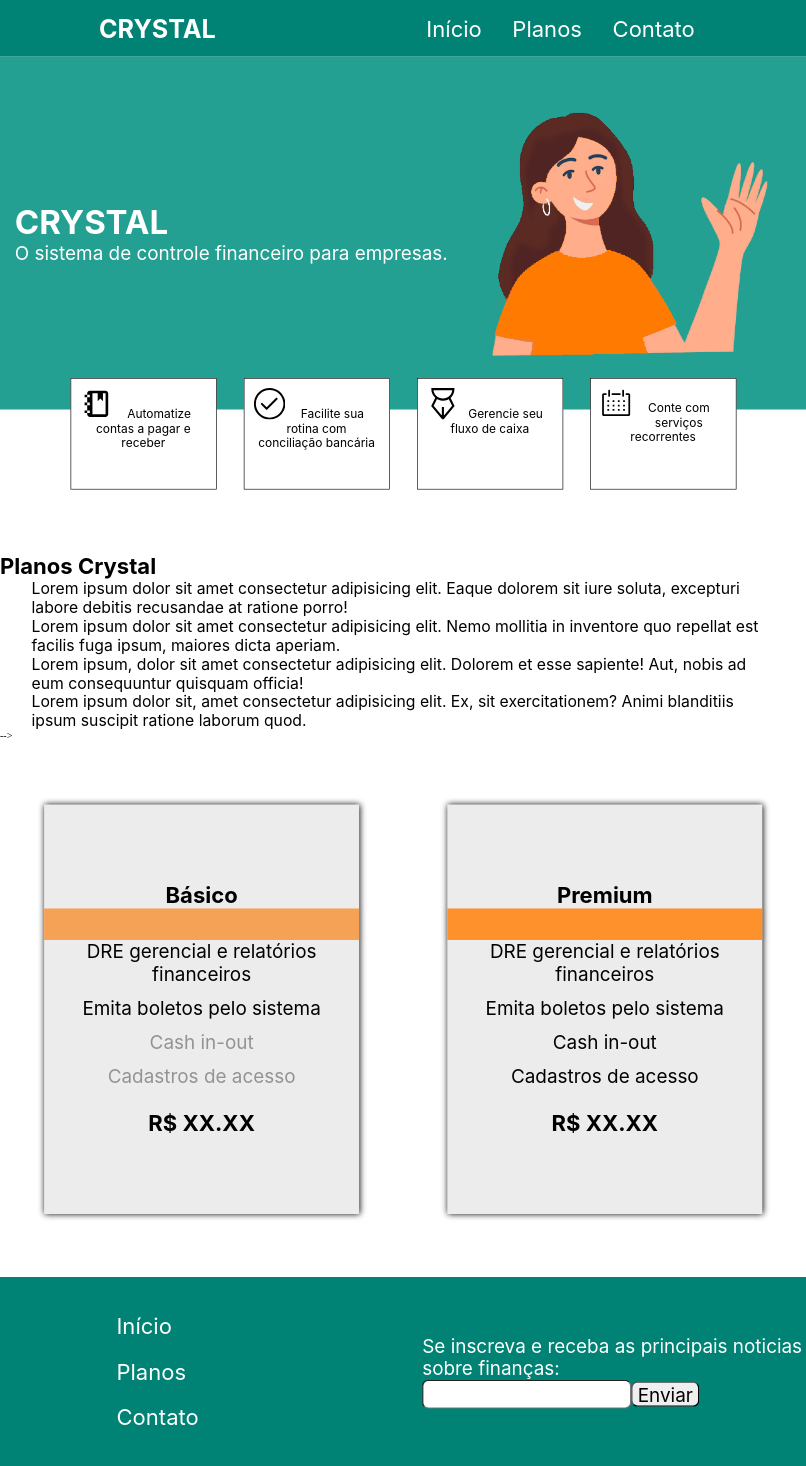
Repository: Matheus904-12/Crystallize
Page: index.html
The author's editor kept a copy of each file at every save. The page is drawn from the files as they stood at one save, then again after the next save.
The browser window is 1280 px wide. The pictures show the whole page, at 63% of full size.
Some web fonts or font styles are not loaded; a fallback is used.

Above is the page before, as saved 2023-07-24 20:03:26.

### index.html
<!DOCTYPE html>
<html lang="pt-br">

<head>
    <meta charset="UTF-8">
    <meta name="viewport" content="width=device-width, initial-scale=1.0">

    <title>Crystal</title>

    <link rel="stylesheet" href="style.css">

</head>

<body>

    <header id="header">

        <h1 class="textoBranco logo">
            CRYSTAL
        </h1>

        <div class="textoBranco links">
            <a href="#header" class="paginas">Início</a>
            <a href="#planosOPC" class="paginas">Planos</a>
            <a href="contato.html" class="paginas">Contato</a>
        </div>

    </header>
    <section class="destaque">
        <div id="textLateral">
            <div class="textoBranco" id="titulo">
                <h1>CRYSTAL</h1>
            </div>
            <div class="textoBranco">
                <p>O sistema de controle financeiro para empresas.</p>
            </div>
        </div>
        <div class="textoBranco">
            <img src="mulher.png" alt="mulher acenando">
        </div>
    </section>
    <div class="boxes">
        <div class="box">
            <img src="planner.svg" alt="Logotipo">
            <h1></h1>
            <p>Automatize contas a pagar e receber</p>
        </div>
        <div class="box">
            <img src="check.svg" alt="Logotipo">
            <h1></h1>
            <p>Facilite sua rotina com conciliação bancária</p>
        </div>
        <div class="box">
            <img src="caneta.svg" alt="Logotipo">
            <h1></h1>
            <p>Gerencie seu fluxo de caixa</p>
        </div>
        <div class="box">
            <img src="calendario.svg" alt="Logotipo">
            <h1></h1>
            <p style="margin-top: 20px;">Conte com serviços recorrentes</p>
        </div>
    </div>

    <section id="planosOpc">
        <h1 class="textoPadrao planoTitulo">
            Planos Crystal
        </h1>
        <div class="textoPadrao planoTexto">
            <p>Lorem ipsum dolor sit amet consectetur adipisicing elit. Eaque dolorem sit iure soluta, excepturi labore debitis recusandae at ratione porro!</p>
            <p>Lorem ipsum dolor sit amet consectetur adipisicing elit. Nemo mollitia in inventore quo repellat est facilis fuga ipsum, maiores dicta aperiam.</p>
            <p>Lorem ipsum, dolor sit amet consectetur adipisicing elit. Dolorem et esse sapiente! Aut, nobis ad eum consequuntur quisquam officia!</p>
            <p>Lorem ipsum dolor sit, amet consectetur adipisicing elit. Ex, sit exercitationem? Animi blanditiis ipsum suscipit ratione laborum quod.</p>
        </div>
    </section> -->

    <nav class="opcoes">
        <div class="basic">
            <h2>Básico</h2>
            <div class="faixaBasic"></div>
            <p class="textoPadrao">DRE gerencial e relatórios financeiros</p>
            <br>
            <p class="textoPadrao">Emita boletos pelo sistema</p>
            <br>
            <p class="textoPadrao desativado">Cash in-out</p>
            <br>
            <p class="textoPadrao desativado">Cadastros de acesso</p>
            <br>
            <br>
            <h2>R$ XX.XX</h2>
        </div>

        <div class="premium">
            <h2>Premium</h2>
            <div class="faixa"></div>
            <p class="textoPadrao">DRE gerencial e relatórios financeiros</p>
            <br>
            <p class="textoPadrao">Emita boletos pelo sistema</p>
            <br>
            <p class="textoPadrao">Cash in-out</p>
            <br>
            <p class="textoPadrao">Cadastros de acesso</p>
            <br>
            <br>
            <h2>R$ XX.XX</h2>

        </div>
    </nav>

    <footer>
        <div class="textoBranco coluna">
            <a href="#header" class="paginasVertical">Início</a>
            <a href="#planosOPC" class="paginasVertical">Planos</a>
            <a href="contato.html" class="paginasVertical">Contato</a>
        </div>

        <div id="inscrever">
            <div class="coluna">
                <p class="textoBranco" id="inscricao">Se inscreva e receba as principais noticias sobre finanças:</p>
                <br>
                <br>
                <br>
                <br>
                <div class="inscreverse">
                    <input id="email" type="email">

                    <button id="enviar">Enviar</button>
                </div>
            </div>
        </div>
    </footer>
</body>

</html>

### style.css
/* RESET */

* {
    margin: 0;
}

/* FIM RESET */

/* PADRAO */

@font-face {
    font-family: "inter";
    src: url(atributos/fontInter/Inter-VariableFont_slnt\,wght.ttf);
}

h2 {
    font-size: 35px;
    font-family: "inter";
}

.textoBranco {
    font-family: "inter";
    color: #fff;
    font-size: 30px;
}

.textoPadrao {
    font-family: "inter";
    font-size: 30px;
}

html {
    scroll-behavior: smooth;
}

/* FIM PADRAO */


/* HEADER */

#header {
    background-color: #008374;
    width: 100vw;
    height: 90px;

    display: flex;
    justify-content: space-around;
    align-items: center;

}

.logo {
    font-size: 40px;
    color: #fff;
  }



.paginas {
    font-size: 35px;
    color: #fff;
    text-decoration: none;
    padding: 0px 20px;
}

/* FIM HEADER */

/* DESTAQUE */

.destaque {
    display: flex;
    align-items: center;
    justify-content: space-around;
    width: 100vw;
    height: 560px;

    background-color: #23A092;
}

#titulo {
    font-family: "inter";
    font-size: 35px;

}

/* FIM DESTAQUE*/










/* PLANOS */

.planosOpc {
    position: absolute;
    display: flex;
    width: 100px;
    height: 200px;
    font-size: 25px;
    flex-wrap: wrap;
  }

  .planoTitulo {
    font-size: 35px;
  }

  .planoTexto {
    padding: 0px 50px 0px 50px;
    font-size: 25px;
    word-wrap: wrap;
  }

/* FIM PLANOS */

/* OPCOES */

.opcoes {
    padding: 100px 0px;
    width: 100vw;
    display: flex;
    justify-content: space-around;
    text-align: center;
}

.faixa {
    width: 500px;
    height: 50px;

    background-color: #FF912D;
}

.faixaBasic {
    width: 500px;
    height: 50px;

    background-color: #F6A256;
}



.basic {
            background-color: #EDECEC;

            width: 500px;
            height: 650px;

            display: flex;
            justify-content: center;
            flex-direction: column;

            filter: drop-shadow(1px 0px 5px #000000);

        }

.desativado {
    color: #959292;
}

.premium {
            background-color: #EDECEC;

            width: 500px;
            height: 650px;

            display: flex;
            justify-content: center;
            flex-direction: column;

            filter: drop-shadow(1px 0px 5px #000000);
        }
/* FIM OPCOES */
/* RODAPE */

footer {
    width: 100vw;
    height: 300px;

    display: flex;
    align-items: center;
    justify-content: space-around;

    background-color: #008374;
}

 .coluna {
    display: flex;
    flex-direction: column;}


.paginasVertical {
    padding: 15px;
    font-size: 35px;
    color: #fff;
    text-decoration: none;
}

#inscrever {
    width: 440px;
    height: 300px;

    flex-direction: column;
    display: flex;
    align-content: center;
    justify-content: space-around;

}

#inscricao {
    position: absolute;
}

#email {
    width: 400px;
    height: 40px;
    border-radius: 10px;
}

#enviar {
    width: 130px;
    height: 40px;

    border-radius: 10px;
    font-size: 30px;
    font-family: "inter";
}

.inscreverse {
    display: flex;
    align-items: center;
}
/*Caxinhas*/
.box {
    width: 200px;
    height: 145px;
    border: 1px solid black;
    padding: 15px;
    margin: 10px;
    margin-top: -50px;
    background-color: #FFF;
  }

  .box h1 {
    font-size: 20px;
    font-weight: bold;
  }

  .box p {
    color: #000;
    font-family: Inter;
    font-size: 19px;
    font-style: normal;
    font-weight: 400;
    line-height: normal;
    margin-top: 30px;
    text-align: center;
  }

  .box img {
    width: 50px;
    height: 50px;
    float:inline-start;
    margin-right: 10px;
    margin-top: 80px;
  }

  .boxes {
    display: flex;
    justify-content: space-around;
    align-items: center;
    padding: 90px;
    margin-top: -90px;
  }

  .box img {
    display: block;
    margin: 0 auto;
  }

  .box {
    display: inline-block;
  }

  /* INFORMACOES */

.info {
    display: flex;
    flex-direction: column;

    margin: 100px 500px

}

.comoContatar {
    margin: 100px 100px
}
/* FIM INFORMACOES */

After the next save:
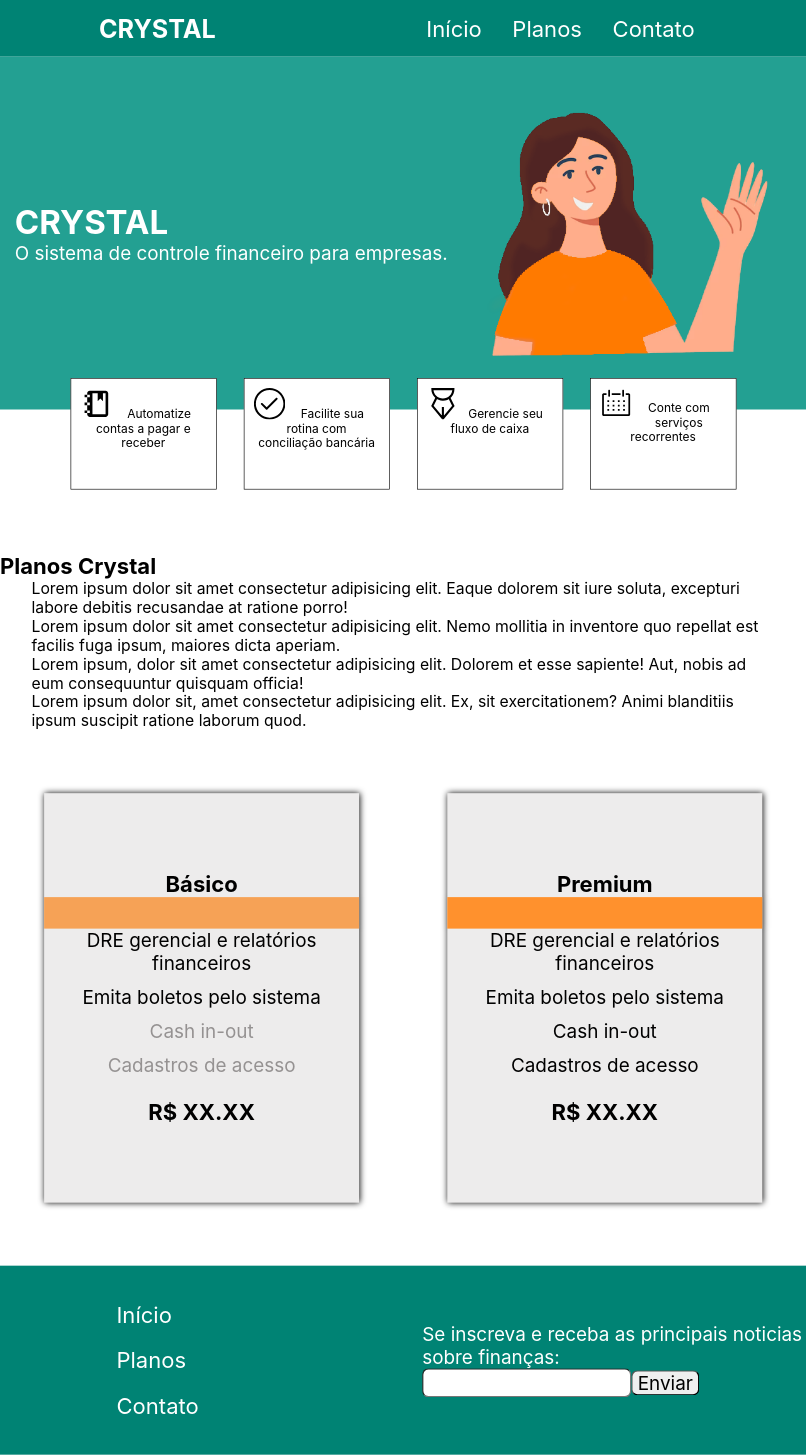
Saved 6 min 55 s later.
--- a/index.html
+++ b/index.html
@@ -72,7 +72,7 @@
             <p>Lorem ipsum, dolor sit amet consectetur adipisicing elit. Dolorem et esse sapiente! Aut, nobis ad eum consequuntur quisquam officia!</p>
             <p>Lorem ipsum dolor sit, amet consectetur adipisicing elit. Ex, sit exercitationem? Animi blanditiis ipsum suscipit ratione laborum quod.</p>
         </div>
-    </section> -->
+    </section>
 
     <nav class="opcoes">
         <div class="basic">
